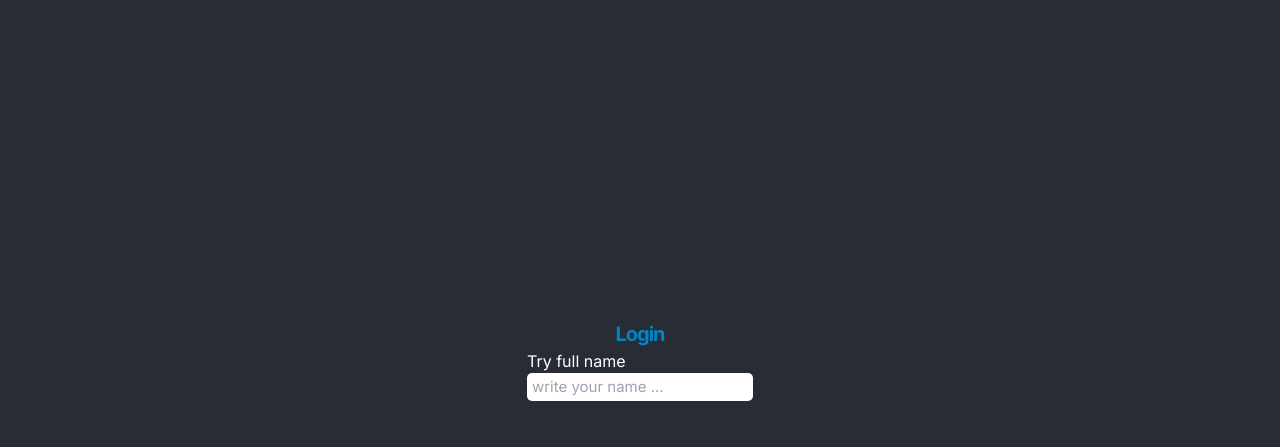
Repository: devsecops-node/simple-play
Page: /
An editor plug-in stored every save of this project. The page is shown before and after the next save, followed by the edit.
The browser window is 1280 px wide. The pictures show the whole page.
The project was rebuilt for these pictures with package versions that can differ from the ones it lists, and the page was loaded fresh each time. The framework's server and built-in components were replaced by stand-ins that run in the browser. Also part of the build but not shown: next.config.mjs.

Above is the page before, as saved 2024-06-21 12:40:46.

After the next save:
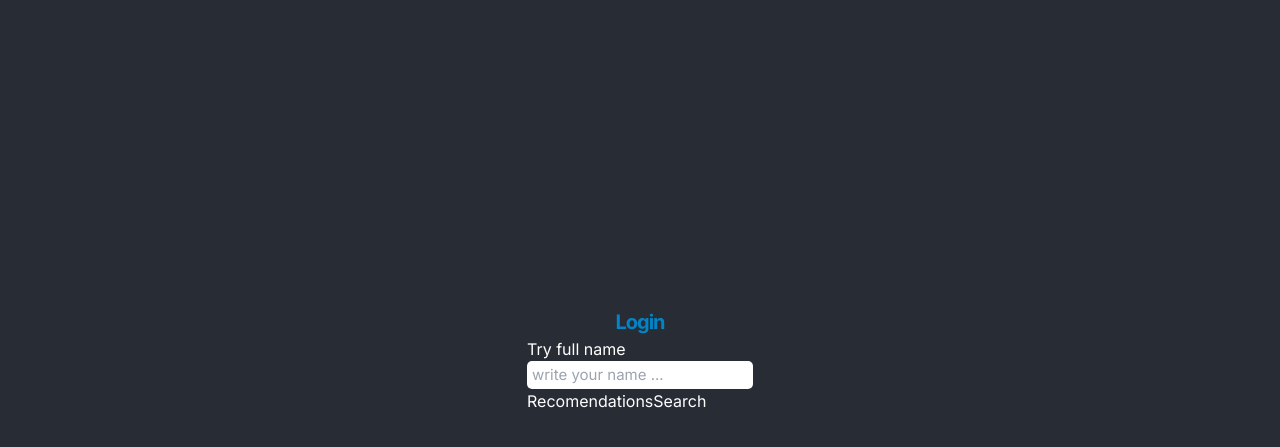
Saved 10 s later.
--- a/src/app/_components/FormsName.tsx
+++ b/src/app/_components/FormsName.tsx
@@ -4,7 +4,7 @@ import RecomendationsSearch from './RecomendationsSearch'
 
 const FormsName = () => {
   const [name, setName] = useState('')
-  const [statusSearch, setStatusSearch] = useState(false)
+  const [statusSearch, setStatusSearch] = useState(true)
   return (
     <form action="/" className="flex flex-col">
       <section className="flex flex-col">
